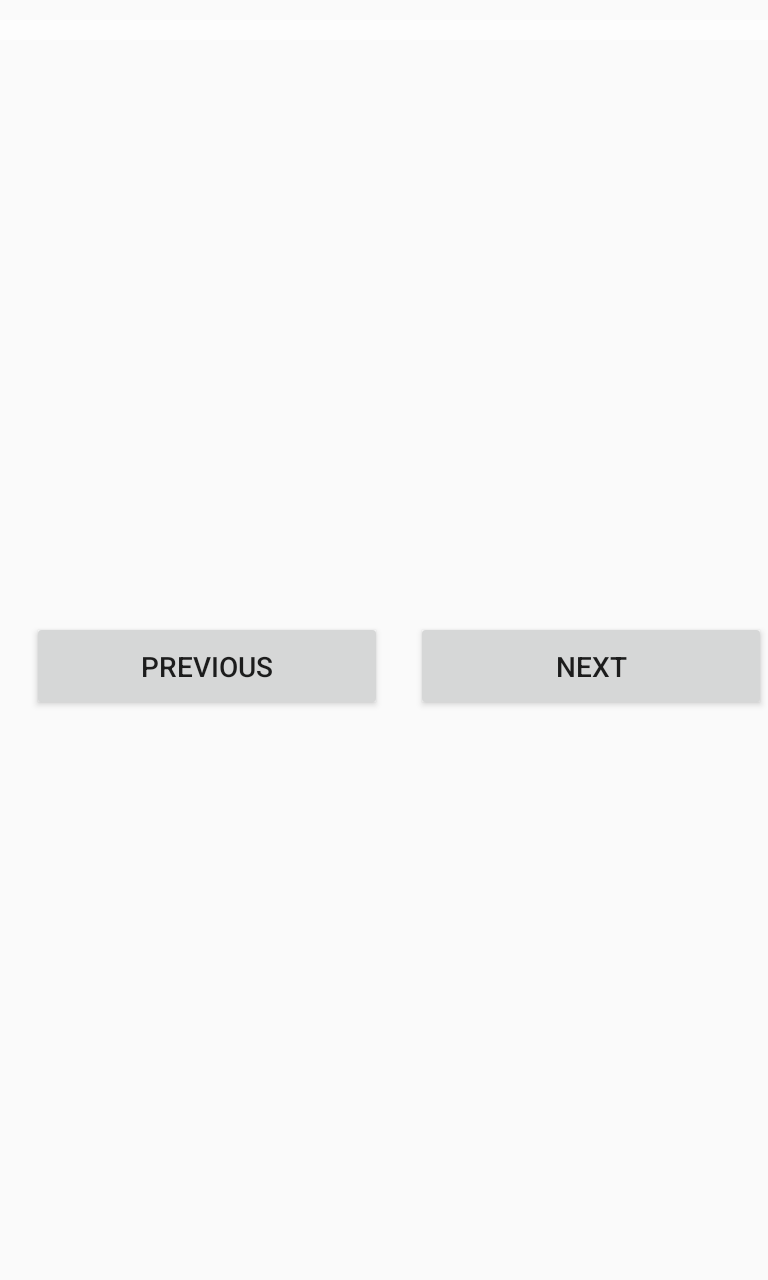
Repository: Warun26/PropertySearch
Layout: PropertySearch/res/layout/historical_zestimates_tab.xml
An editor plug-in stored every save of this project. The layout is shown before and after the next save, followed by the edit.
It is drawn on a 768 x 1280 px phone screen (xhdpi) without system bars, with theme AppTheme; the app's code is not run. The app's manifest (not shown) leaves right-to-left support off. So textAlignment, textDirection and layoutDirection are ignored, and left and right values win over start and end ones.

Above is the layout before, as saved 2014-11-23 04:54:18.

### PropertySearch/res/layout/historical_zestimates_tab.xml
<?xml version="1.0" encoding="utf-8"?>
<LinearLayout xmlns:android="http://schemas.android.com/apk/res/android"
    android:id="@+id/tab2"
    android:layout_width="fill_parent"
    android:layout_height="fill_parent"
    android:orientation="vertical" >

    <TextSwitcher
        android:id="@+id/chartYear"
        android:layout_width="fill_parent"
        android:layout_height="wrap_content"
        android:background="#99ffffff"
        android:padding="5dp"
        android:textSize = "16sp"
        android:textStyle="bold"
        android:layout_marginTop="10dp" />


    <TextView
	     android:id="@+id/address"
	     android:layout_width="wrap_content"
	     android:layout_height="wrap_content"
	     android:padding="0dp"
	     android:textSize="14sp"
	     android:textAlignment="center"
	     android:layout_gravity="center"  >
	</TextView>

    <ImageSwitcher
      android:id="@+id/ZestimateCharts"
      android:layout_width="fill_parent"
      android:layout_height="250dp" >
    </ImageSwitcher>

    <LinearLayout
        android:id="@+id/imageNavigationButtons"
        android:layout_width="fill_parent"
        android:layout_height="wrap_content"
        android:orientation="horizontal">
	    <Button
	      	android:id="@+id/previousImageButton"
	        android:layout_width="fill_parent"
	        android:layout_height="wrap_content"
	        android:text="@string/previous"
	        android:layout_marginLeft="15dp"
	        android:layout_marginStart="7dp"
	        android:layout_marginTop="20dp"
	        android:paddingLeft="3dp"
	        android:paddingRight="3dp"
	        android:layout_weight="1" />

	    <Button
	      	android:id="@+id/nextImageButton"
	        android:layout_width="fill_parent"
	        android:layout_height="wrap_content"
	        android:text="@string/next"
	        android:layout_marginLeft="15dp"
	        android:layout_marginStart="7dp"
	        android:layout_marginTop="20dp"
	        android:paddingLeft="3dp"
	        android:paddingRight="3dp"
	        android:layout_weight="1" />
        </LinearLayout>
</LinearLayout>

### PropertySearch/res/values/strings.xml
<?xml version="1.0" encoding="utf-8"?>
<resources>

    <string name="app_name">PropertySearch</string>
    <string name="hello_world">Hello world!</string>
    <string name="action_settings">Settings</string>
    <string name="search">Search</string>
    <string name="title_activity_main">MainActivity</string>
    <string name="form_title">Search Your Property Here</string>
    <string name="street_address">Street Address</string>
    <string name="address">Address*:</string>
    <string name="city_label">City*:</string>
    <string name="city">City</string>
    <string name="state">State*:</string>
    <string name="zillow_image">Zillow Logo</string>
    <string name="error_message">This field is required.</string>
    <string name="body1">body1</string>
    <string name="body2">body2</string>
    <string name="previous">Previous</string>
    <string name="next">Next</string>
    <string name="more_details">See more details on Zillow:</string>
    <string-array name="states">
        <item>Choose State</item>
        <item>AL</item>
        <item>AK</item>
        <item>AZ</item>
        <item>AR</item>
        <item>CA</item>
        <item>CO</item>
        <item>CT</item>
        <item>DE</item>
        <item>DC</item>
        <item>FL</item>
        <item>GA</item>
        <item>HI</item>
        <item>ID</item>
        <item>IL</item>
        <item>IN</item>
        <item>IA</item>
        <item>KS</item>
        <item>KY</item>
        <item>LA</item>
        <item>ME</item>
        <item>MD</item>
        <item>MA</item>
        <item>MI</item>
        <item>MN</item>
        <item>MS</item>
        <item>MO</item>
        <item>MT</item>
        <item>NE</item>
        <item>NV</item>
        <item>NH</item>
        <item>NJ</item>
        <item>NM</item>
        <item>NY</item>
        <item>NC</item>
        <item>ND</item>
        <item>OH</item>
        <item>OK</item>
        <item>OR</item>
        <item>PA</item>
        <item>PA</item>
        <item>RI</item>
        <item>SC</item>
        <item>SD</item>
        <item>TN</item>
        <item>TX</item>
        <item>UT</item>
        <item>VT</item>
        <item>VA</item>
        <item>WA</item>
        <item>WV</item>
        <item>WI</item>
        <item>WY</item>
    </string-array>

    <string name="title_activity_display_property_details">Results from Zillow</string>

</resources>

Loaded but not shown: PropertySearch/res/values/styles.xml (common file); PropertySearch/res/values-v11/styles.xml (common file); PropertySearch/res/values-v14/styles.xml (common file)

After the next save:
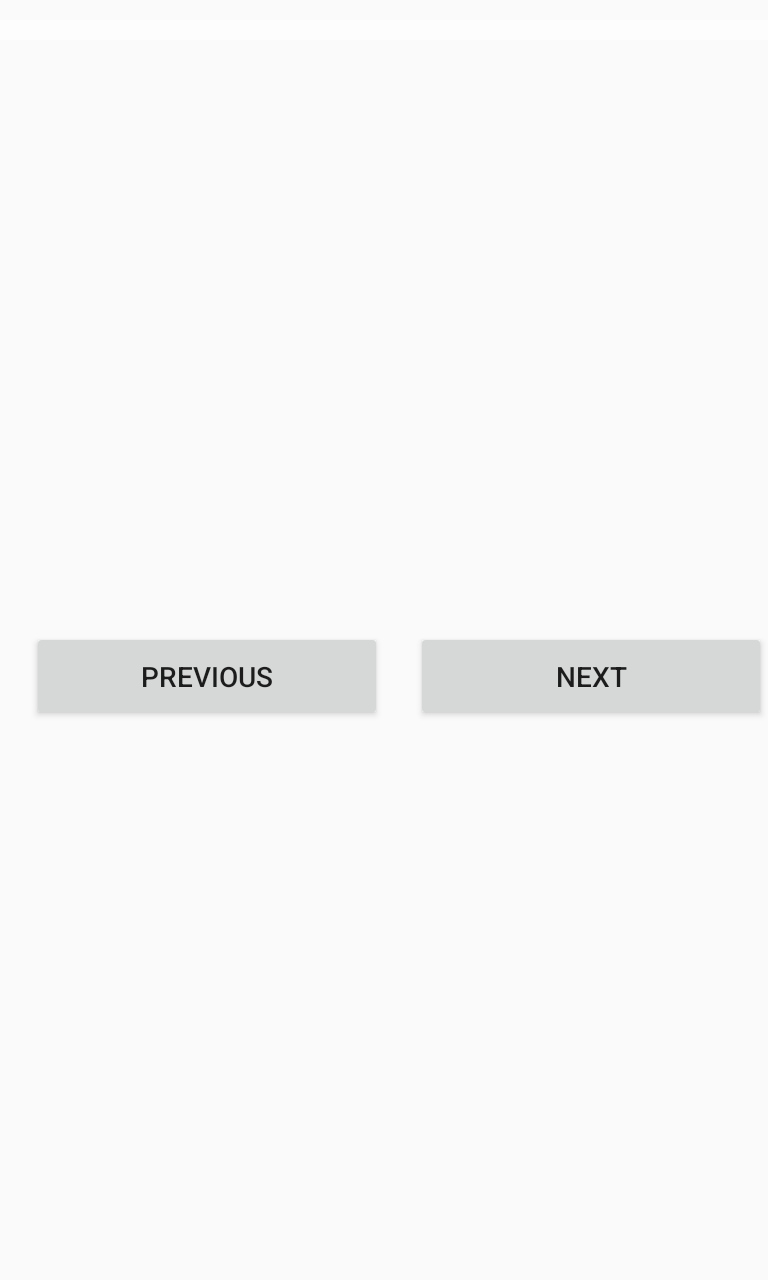
Saved 49 s later.
--- a/PropertySearch/res/layout/historical_zestimates_tab.xml
+++ b/PropertySearch/res/layout/historical_zestimates_tab.xml
@@ -13,7 +13,8 @@
         android:padding="5dp"
         android:textSize = "16sp"
         android:textStyle="bold"
-        android:layout_marginTop="10dp" />
+        android:layout_marginTop="10dp"
+        android:layout_marginBottom="5dp" />
 
 
     <TextView
